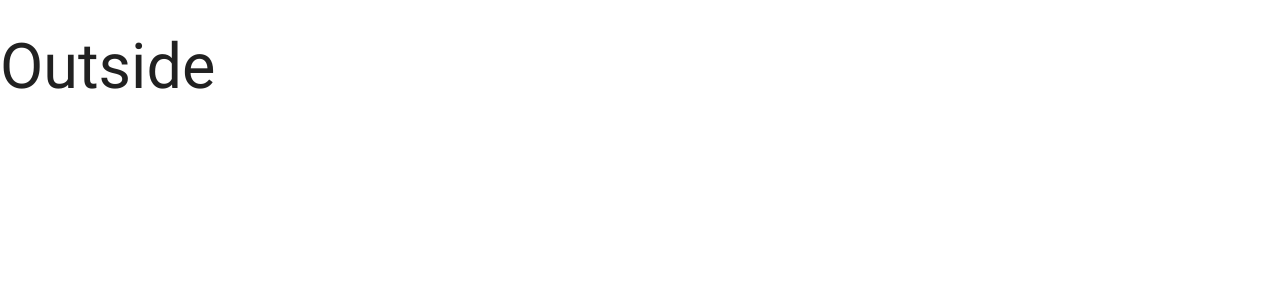
Repository: BLMcDonald/Milestone3
Page: http://localhost/
The author's editor kept a record of every edit. The page is drawn from the files as they stood at one moment, then again after the next edit.
The browser window is 1280 px wide. The pictures show the whole page.
Some web libraries are served in a nearby version. The page is served by the project's application, run on Flask 3 (app.py). Queries for data that is not in the repository find no rows.

Above is the page before.

After the next edit:
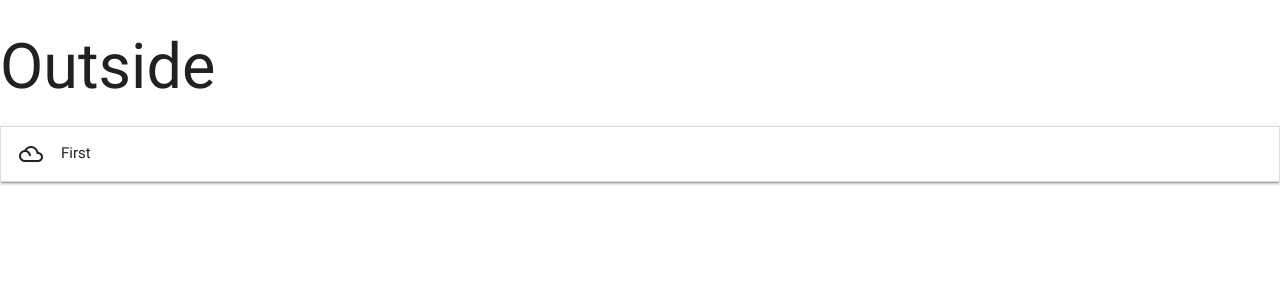
The edit:
--- a/templates/words.html
+++ b/templates/words.html
@@ -1,8 +1,15 @@
 {% extends 'base.html'%}
 {% block content %}
-        {% for word in words %}
-            {{word.word_name}}
-            {{word.definition}}
-        {% endfor %}
+    {% for word in words %}
+        {{word.word_name}}
+        {{word.definition}}
+    {% endfor %}
+
+    <ul class="collapsible" data-collapsible="accordion">
+        <li>
+            <div class="collapsible-header"><i class="material-icons">filter_drama</i>First</div>
+            <div class="collapsible-body"><span>Lorem ipsum dolor sit amet.</span></div>
+        </li>
+    </ul>
 
 {% endblock %}
